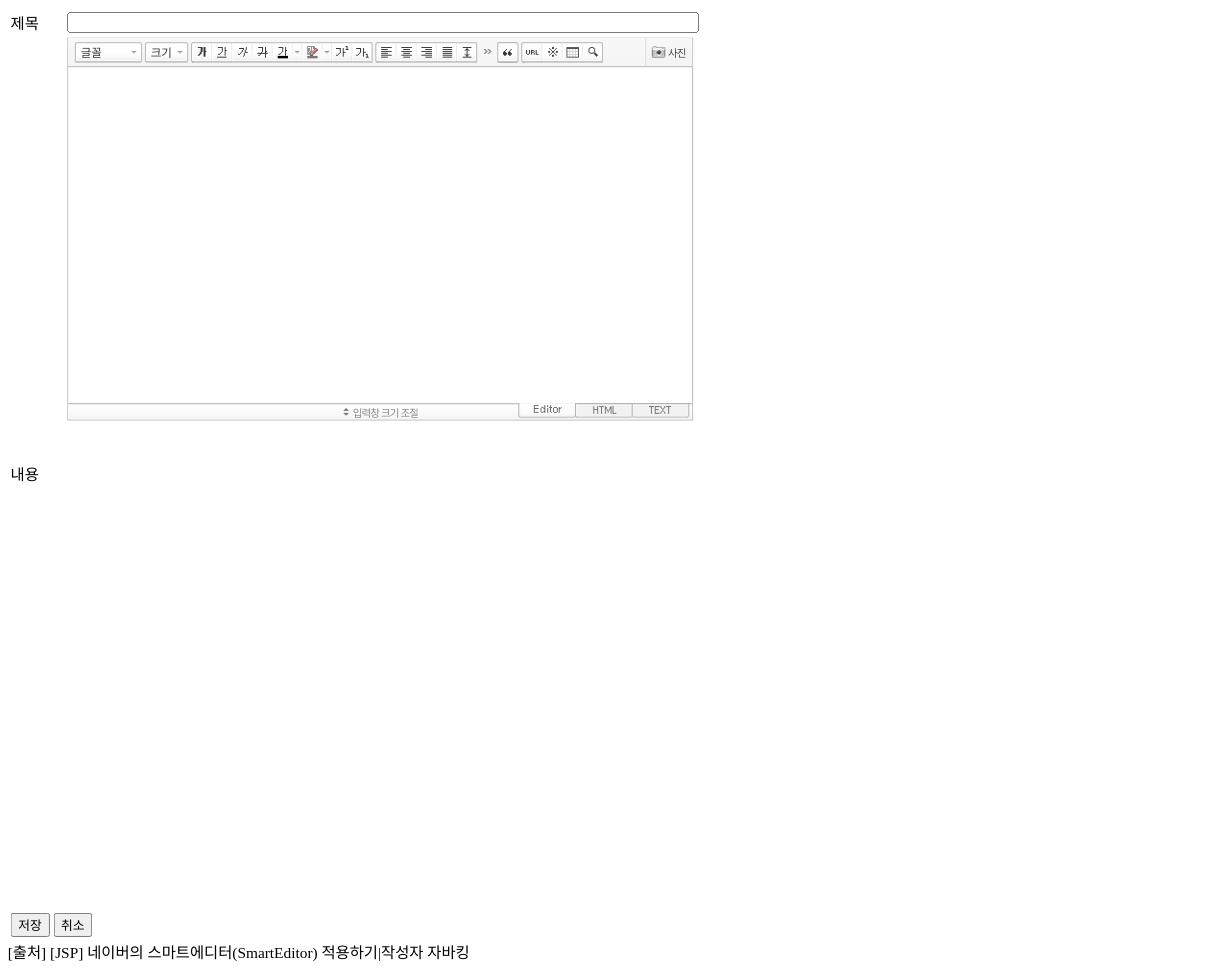
Repository: newtron-vania/Self-made_Foods-JSP
Page: http://localhost/smarteditorSample/write.jsp
The author's editor kept a copy of each file at every save. The page is drawn from the files as they stood at one save, then again after the next save.
The browser window is 1280 px wide. The pictures show the whole page, at 96% of full size.
Some web libraries are served in a nearby version. The page is served by Tomcat 9.

Above is the page before, as saved 2019-12-13 07:15:48.

After the next save:
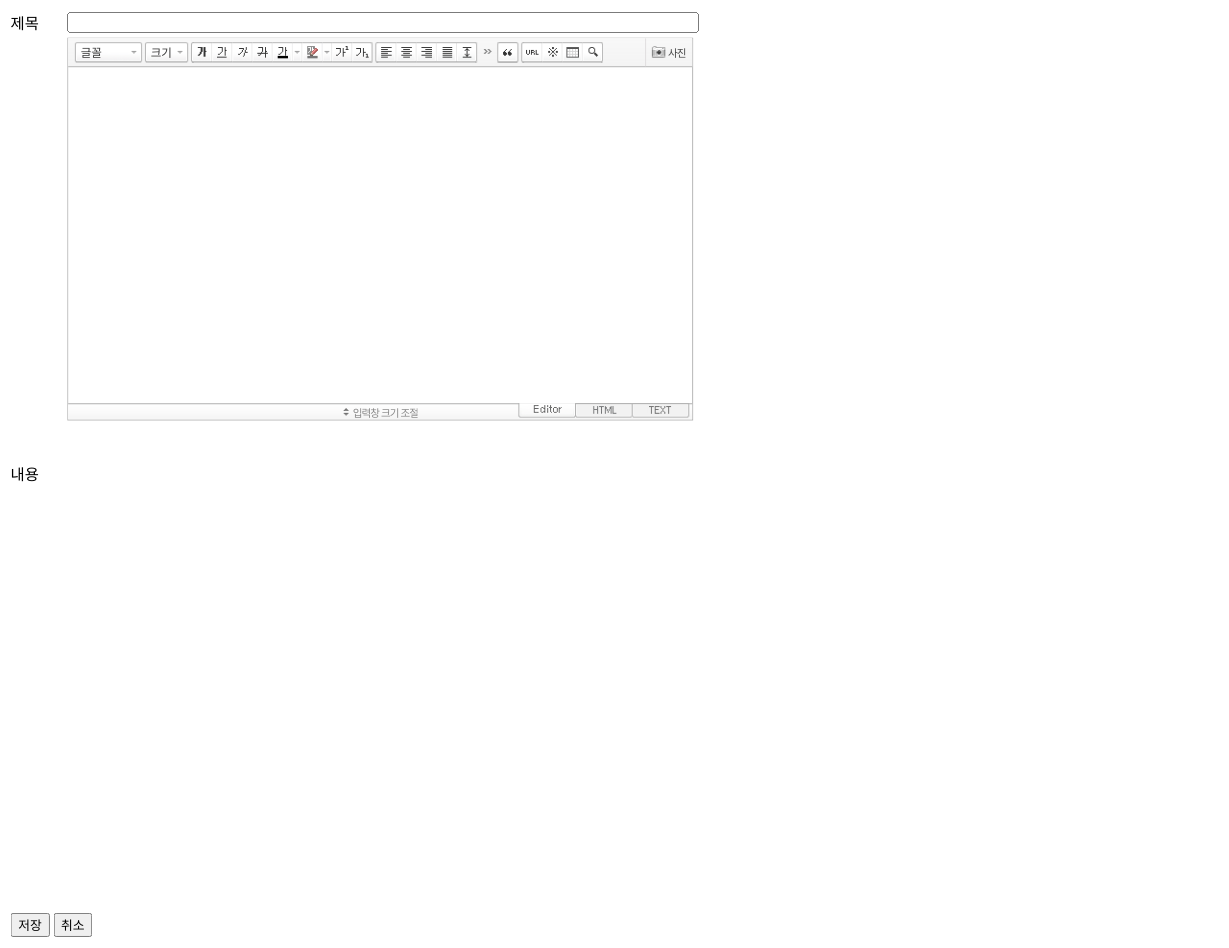
Saved 5 s later.
--- a/smarteditorSample/WebContent/write.jsp
+++ b/smarteditorSample/WebContent/write.jsp
@@ -76,4 +76,3 @@ $(function(){
 
 </body>
 </html>
-[출처] [JSP] 네이버의 스마트에디터(SmartEditor) 적용하기|작성자 자바킹
